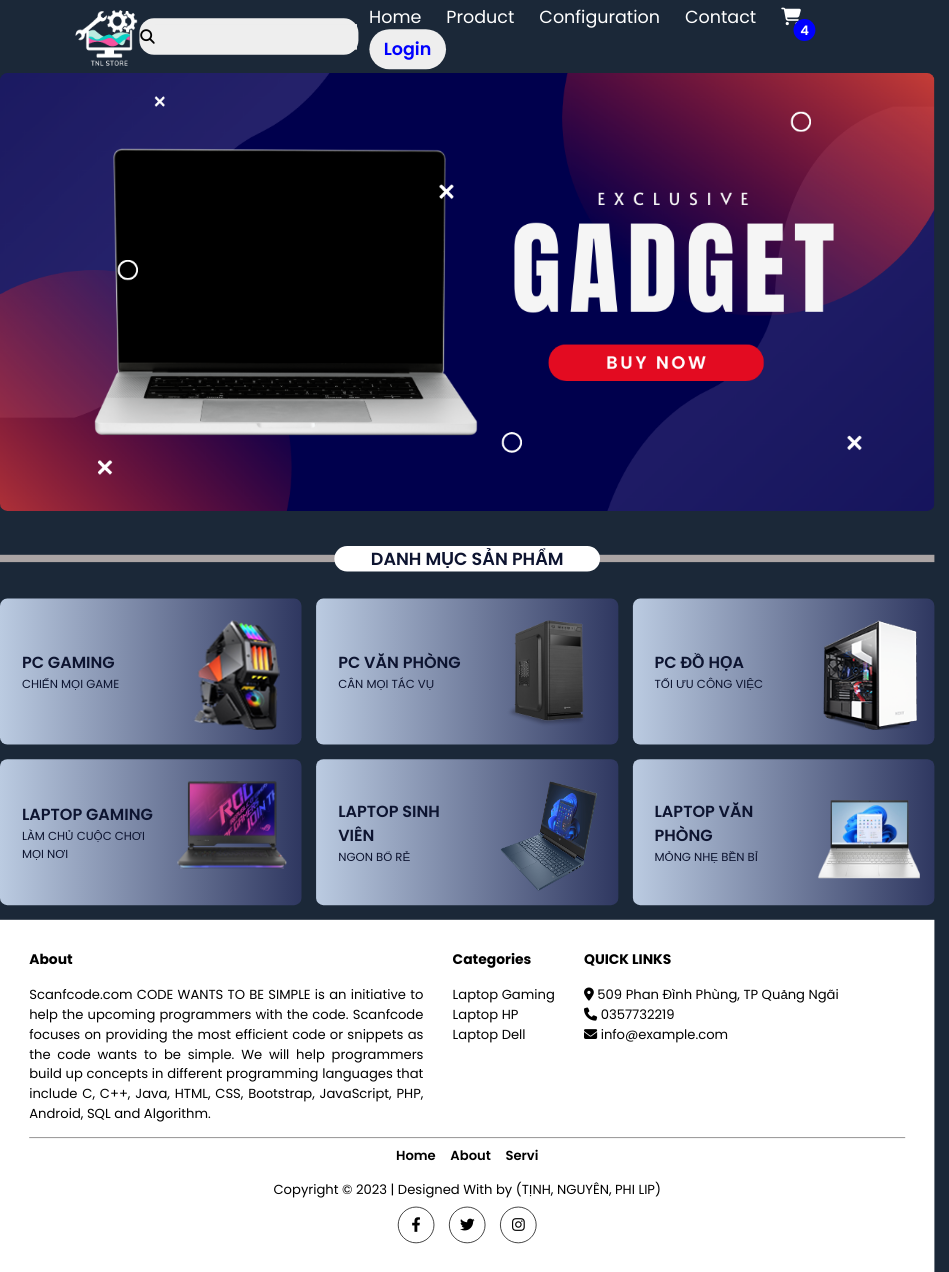
Repository: HPNChanel/DACS
Page: index.html
These files come from the project's save history. The page is drawn as it stood at one moment and after a run of saves; the edit follows.
The browser window is 1280 px wide. The page is 1300 px wide, so the pictures cover 1300 px, including what lies to the right of the window. The pictures show the whole page, at 73% of full size.

Above is the page before, as saved 2023-04-13 18:38:53.

### index.html
<!DOCTYPE html>
<html lang="en">
    <head>
        <meta charset="UTF-8" />
        <meta http-equiv="X-UA-Compatible" content="IE=edge" />
        <meta name="viewport" content="width=device-width, initial-scale=1.0" />
        <title>TNL Store</title>
        <link rel="stylesheet" href="./style/main.css" />
        <link rel="preconnect" href="https://fonts.googleapis.com" />
        <link rel="preconnect" href="https://fonts.gstatic.com" crossorigin />
        <link
            href="https://fonts.googleapis.com/css2?family=Poppins:ital,wght@0,100;0,200;0,300;0,400;0,500;0,600;0,700;1,100;1,200;1,300;1,400;1,500;1,700&display=swap"
            rel="stylesheet"
        />
        <link
            rel="stylesheet"
            href="https://cdnjs.cloudflare.com/ajax/libs/font-awesome/6.4.0/css/all.min.css"
            integrity="sha512-iecdLmaskl7CVkqkXNQ/ZH/XLlvWZOJyj7Yy7tcenmpD1ypASozpmT/E0iPtmFIB46ZmdtAc9eNBvH0H/ZpiBw=="
            crossorigin="anonymous"
            referrerpolicy="no-referrer"
        />
    </head>
    <body>
        <nav>
            <div class="nav-content">
                <div class="nav-logo">
                    <a href="">
                        <img
                            src="./image/Black Minimalist  Computer Service Logo (2)/5.png"
                            alt=""
                        />
                    </a>
                </div>
                <div class="nav-search">
                    <label for="nav-search">
                        <i class="fa fa-search"></i>
                        <input type="text" id="nav-search" />
                    </label>
                </div>
                <div class="nav-menu">
                    <a href="">Home</a>
                    <a href="">Product</a>
                    <a href="">Configuration</a>
                    <a href="">Contact</a>
                    <a href=""><i class="fa-solid fa-cart-shopping"></i></a>
                    <a href="" class="login">Login</a>
                </div>
            </div>
        </nav>
        <main>
            <div class="slider">
                <div class="slides">
                    <input type="radio" name="radio-btn" id="radio1" />
                    <input type="radio" name="radio-btn" id="radio2" />
                    <input type="radio" name="radio-btn" id="radio3" />
                    <input type="radio" name="radio-btn" id="radio4" />

                    <div class="slide first">
                        <img src="./image/banner1.png" alt="" />
                    </div>
                    <div class="slide">
                        <img src="./image/banner2.png" alt="" />
                    </div>
                    <div class="slide">
                        <img src="./image/banner3.png" alt="" />
                    </div>
                    <div class="slide">
                        <img src="./image/banner4.png" alt="" />
                    </div>

                    <div class="navigation-auto">
                        <div class="auto-btn1"></div>
                        <div class="auto-btn2"></div>
                        <div class="auto-btn3"></div>
                        <div class="auto-btn4"></div>
                    </div>
                </div>

                <div class="navigation-manual">
                    <label for="radio1" class="munual-btn"></label>
                    <label for="radio2" class="munual-btn"></label>
                    <label for="radio3" class="munual-btn"></label>
                    <label for="radio4" class="munual-btn"></label>
                </div>
            </div>
            <!-- Block của content -->
            <div class="block">
                <div class="block-header">
                    <span class="block-header-title">DANH MỤC SẢN PHẨM</span>
                </div>
                <div class="block-content">
                    <a href="./pc-gaming.html">
                        <div class="text">PC Gaming</div>
                        <div class="text-sub">Chiến mọi game</div>
                        <img src="./image/cat_maytinh_v2.png" alt="" />
                    </a>
                    <a href="./pc-vanphong.html">
                        <div class="text">PC Văn Phòng</div>
                        <div class="text-sub">Cân mọi tác vụ</div>
                        <img src="./image/cat-vanphong.png" alt="" />
                    </a>
                    <a href="./pc-dohoa.html">
                        <div class="text">PC Đồ họa</div>
                        <div class="text-sub">Tối ưu công việc</div>
                        <img src="./image/cat_dohoa_v3.png" alt="" />
                    </a>
                    <a href="./laptop-gaming.html">
                        <div class="text">Laptop Gaming</div>
                        <div class="text-sub">Làm chủ cuộc chơi mọi nơi</div>
                        <img
                            src="./image/cat_ laptop_v2.png"
                            alt=""
                            class="height-image"
                        />
                    </a>
                    <a href="./laptop-sinhvien.html">
                        <div class="text">Laptop sinh viên</div>
                        <div class="text-sub">Ngon bổ rẻ</div>
                        <img src="./image/laptop_sinhvien.png" alt="" />
                    </a>
                    <a href="./laptop-vanphong.html">
                        <div class="text">Laptop Văn Phòng</div>
                        <div class="text-sub">Mỏng nhẹ bền bỉ</div>
                        <img src="./image/cat_laptop_hoctap_v2.png" alt="" />
                    </a>
                </div>
            </div>
        </main>
        <!-- footer -->
        <footer>
            <div class="footer-top">
                <div class="footer-about">
                    <h6>About</h6>
                    <p>
                        Scanfcode.com CODE WANTS TO BE SIMPLE is an initiative
                        to help the upcoming programmers with the code.
                        Scanfcode focuses on providing the most efficient code
                        or snippets as the code wants to be simple. We will help
                        programmers build up concepts in different programming
                        languages that include C, C++, Java, HTML, CSS,
                        Bootstrap, JavaScript, PHP, Android, SQL and Algorithm.
                    </p>
                </div>
                <div class="footer-categories">
                    <h6>Categories</h6>
                    <a href=""><p>Laptop Gaming</p></a>
                    <a href=""><p>Laptop HP</p></a>
                    <a href=""><p>Laptop Dell</p></a>
                </div>
                <div class="footer-quickLinks">
                    <h6>QUICK LINKS</h6>
                    <p>
                        <i class="fa-sharp fa-solid fa-location-dot"> </i> 509
                        Phan Đình Phùng, TP Quảng Ngãi
                    </p>
                    <p><i class="fa fa-phone"></i> 0357732219</p>
                    <p><i class="fa-solid fa-envelope"></i> info@example.com</p>
                </div>
            </div>
            <div class="footer-bottom">
                <div class="footer-nav">
                    <a href=""> <p>Home</p> </a>
                    <a href=""> <p>About</p> </a>
                    <a href=""> <p>Servi</p> </a>
                </div>
                <p>
                    Copyright © 2023 | Designed With by (TỊNH, NGUYÊN, PHI LIP)
                </p>
                <div class="footer-icon-about">
                    <a href="">
                        <i class="fa-brands fa-facebook-f"></i>
                    </a>
                    <a href="">
                        <i class="fa-brands fa-twitter"></i>
                    </a>
                    <a href="">
                        <i class="fa-brands fa-instagram"></i>
                    </a>
                </div>
            </div>
        </footer>
        <script src="main.js"></script>
    </body>
</html>

### style/main.css
* {
    margin: 0;
    padding: 0;
    box-sizing: border-box;
    list-style: none;
    text-decoration: none;
}
html {
    font-size: 62.5%;
}
body {
    font-family: "Poppins", sans-serif;
    font-size: 1.6rem;
    margin: 0 auto;
    background-color: #1b2838;
}
/* NAV */
main {
    width: 1280px;
    margin: 0 auto;
    margin-top: 100px;
}
nav {
    width: 100%;
    height: 100px;
    position: fixed;
    top: 0;
    left: 0;
    right: 0;
    background-color: #1b2838;
    z-index: 2;
    display: flex;
    align-items: center;
}
.nav-content {
    width: 100%;
    display: flex;
    align-items: center;
    justify-content: space-between;
    margin: 0 100px;
}
.nav-logo {
    width: 100px;
    height: 100px;
    object-fit: cover;
}
.nav-logo img {
    width: 100%;
    height: 100%;
}
.nav-search label {
    display: flex;
    align-items: center;
    justify-content: center;
    width: 300px;
    height: 50px;
    background-color: #eee;
    border-radius: 20px;
    cursor: pointer;
    /* margin-left: -300px; */
}
.nav-search i {
    font-size: 20px;
}
.nav-search input {
    padding: 5px 30px 5px 15px;
    outline: none;
    background-color: inherit;
    border: none;
    font-size: 18px;
    line-height: 25px;
}
.nav-menu a {
    font-size: 24px;
    color: white;
    margin: 0 15px;
}
.nav-menu a:not(:last-child):hover {
    border-bottom: 3px solid #eee;
}
.nav-menu a:nth-child(5) {
    position: relative;
}
.nav-menu a:nth-child(5)::before {
    content: "4";
    position: absolute;
    top: 20px;
    right: -20px;
    font-size: 18px;
    font-weight: 600;
    width: 30px;
    height: 30px;
    color: white;
    background-color: blue;
    border-radius: 50%;
    display: flex;
    justify-content: center;
    align-items: center;
}
.login {
    padding: 10px 20px;
    border-radius: 30px;
    display: inline-block;
}
.nav-menu .login {
    color: blue;
    background-color: #eee;
    font-weight: 600;
}
.login a {
}
/* END NAV */
.slider {
    width: 1280px;
    height: 60rem;
    border-radius: 10px;
    overflow: hidden;
}
.slides {
    width: 500%;
    height: 50rem;
    display: flex;
}
.slides input {
    display: none;
}
.slide {
    width: 20%;
    transition: 2s;
}
.slide img {
    width: 1280px;
    height: 600px;
}

.navigation-manual {
    position: absolute;
    width: 1280px;
    display: flex;
    justify-content: center;
    margin-top: 40px;
}
.munual-btn {
    border: 2px solid var(--slide-background-color);
    padding: 5px;
    border-radius: 10px;
    cursor: pointer;
    transition: 1s;
}
.munual-btn:not(:last-child) {
    margin-right: 10px;
}
.munual-btn:hover {
    background-color: var(--slide-background-color);
}

#radio1:checked ~ .first {
    margin-left: 0;
}
#radio2:checked ~ .first {
    margin-left: -20%;
}
#radio3:checked ~ .first {
    margin-left: -40%;
}
#radio4:checked ~ .first {
    margin-left: -60%;
}

.navigation-auto {
    position: absolute;
    display: flex;
    width: 1280px;
    justify-content: center;
    margin-top: 540px;
}
.navigation-auto div {
    border: 2px solid var(--slide-background-color);
    padding: 5px;
    border-radius: 10px;
    transition: 1s;
}
.navigation-auto div:not(:last-child) {
    margin-right: 10px;
}

#radio1:checked ~ .navigation-auto .auto-btn1 {
    background-color: var(--slide-background-color);
}
#radio2:checked ~ .navigation-auto .auto-btn2 {
    background-color: var(--slide-background-color);
}
#radio3:checked ~ .navigation-auto .auto-btn3 {
    background-color: var(--slide-background-color);
}
#radio4:checked ~ .navigation-auto .auto-btn4 {
    background-color: var(--slide-background-color);
}

.block {
    margin-top: 60px;
}
.block-header {
    display: flex;
    align-items: center;
    justify-content: center;
    background-color: #aba4a4;
    height: 10px;
}
.block-header-title {
    position: relative;
    padding-left: 50px;
    padding-right: 50px;
    background-color: white;
    font-weight: 600;
    border-radius: 30px;
    font-size: 2.4rem;
    color: #0d1430;
}
.block-content {
    margin-top: 50px;
    display: flex;
    flex-wrap: wrap;
    margin-right: -2rem;
}
.block-content a {
    width: calc(33.33% - 2rem);
    height: 20rem;
    display: flex;
    flex-direction: column;
    align-items: flex-start;
    justify-content: center;
    margin-right: 2rem;
    margin-bottom: 2rem;
    padding-left: 30px;
    background: linear-gradient(to right, #bbcbe1 0, #313965e4 100%);
    position: relative;
    border-radius: 10px;
}
.block-content .text,
.block-content .text-sub {
    text-transform: uppercase;
    color: #0d1430;
    width: 50%;
}
.block-content .text {
    font-weight: 600;
    font-size: 2.2rem;
}
.block-content img {
    position: absolute;
    top: 3rem;
    right: 2rem;
    width: 15rem;
    height: 15rem;
    /* box-shadow: 10px 10px 10px red; */
}
.block-content .height-image {
    height: 12rem;
}
.block-content a:hover {
    scale: 1.05;
    transition: all 0.2s ease-in-out;
    box-shadow: 0px 0 10px 5px #dce5f3;
}

/* Footer*/
footer {
    width: 100%;
    background-color: white;
    padding: 40px;
}
.footer-top {
    display: flex;
    color: black;
    font-size: 18px;
    border-bottom: 1px solid #6f6d6d;
    padding-bottom: 20px;
}
.footer-about {
    width: 45%;
    margin-right: 40px;
}
.footer-about p {
    text-align: justify;
}
h6 {
    font-size: 19px;
    font-weight: 700;
    margin-bottom: 20px;
}

.footer-categories a {
    color: black;
}
.footer-categories {
    margin-right: 40px;
}
.footer-bottom {
    display: flex;
    align-items: center;
    flex-direction: column;
}
.footer-nav {
    display: flex;
    flex-direction: row;
}
.footer-nav a {
    font-size: 18px;
    color: black;
    font-weight: 600;
    margin: 10px;
}
.footer-bottom p {
    font-size: 18px;
    margin-bottom: 10px;
}
.footer-icon-about {
    font-size: 20px;
    display: flex;
    flex-direction: row;
}
.footer-icon-about a {
    display: inline-block;
    width: 50px;
    border: 1px solid black;
    border-radius: 50%;
    height: 50px;
    display: flex;
    align-items: center;
    justify-content: center;
    /* margin: top right bottom left */
    margin: 0 10px;
}
.footer-icon-about i {
    color: black;
}

### main.js
var counter = 1;
setInterval(function () {
  document.getElementById("radio" + counter).checked = true;
  counter++;
  if (counter > 4) {
    counter = 1;
  }
}, 5000);

After the next 3 saves:
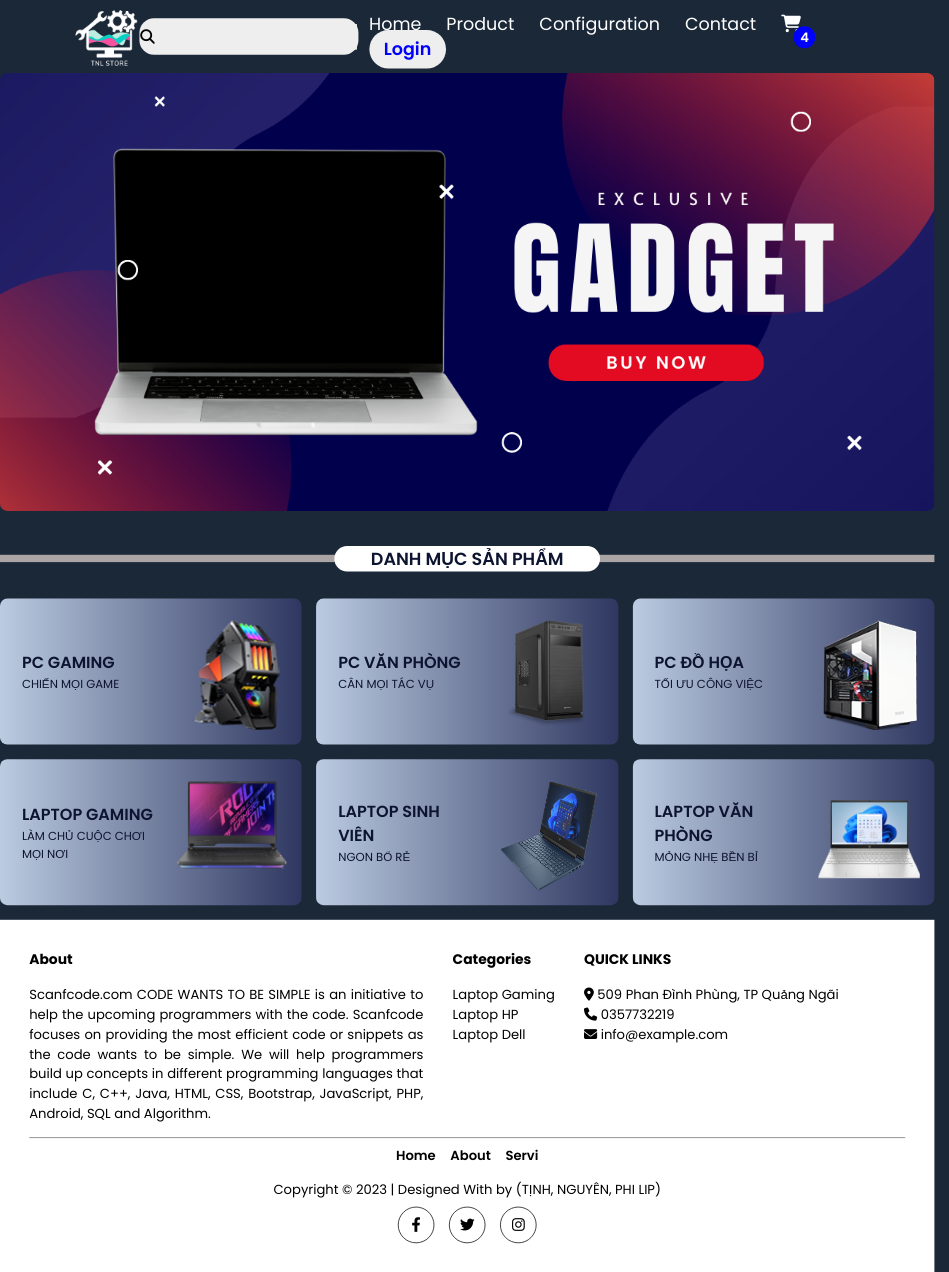
The 3 saves are shown as one change because they came seconds apart.
The last was saved 14 s later.
--- a/style/main.css
+++ b/style/main.css
@@ -98,11 +98,10 @@ nav {
     align-items: center;
 }
 .login {
+}
+.nav-menu .login {
     padding: 10px 20px;
     border-radius: 30px;
-    display: inline-block;
-}
-.nav-menu .login {
     color: blue;
     background-color: #eee;
     font-weight: 600;
